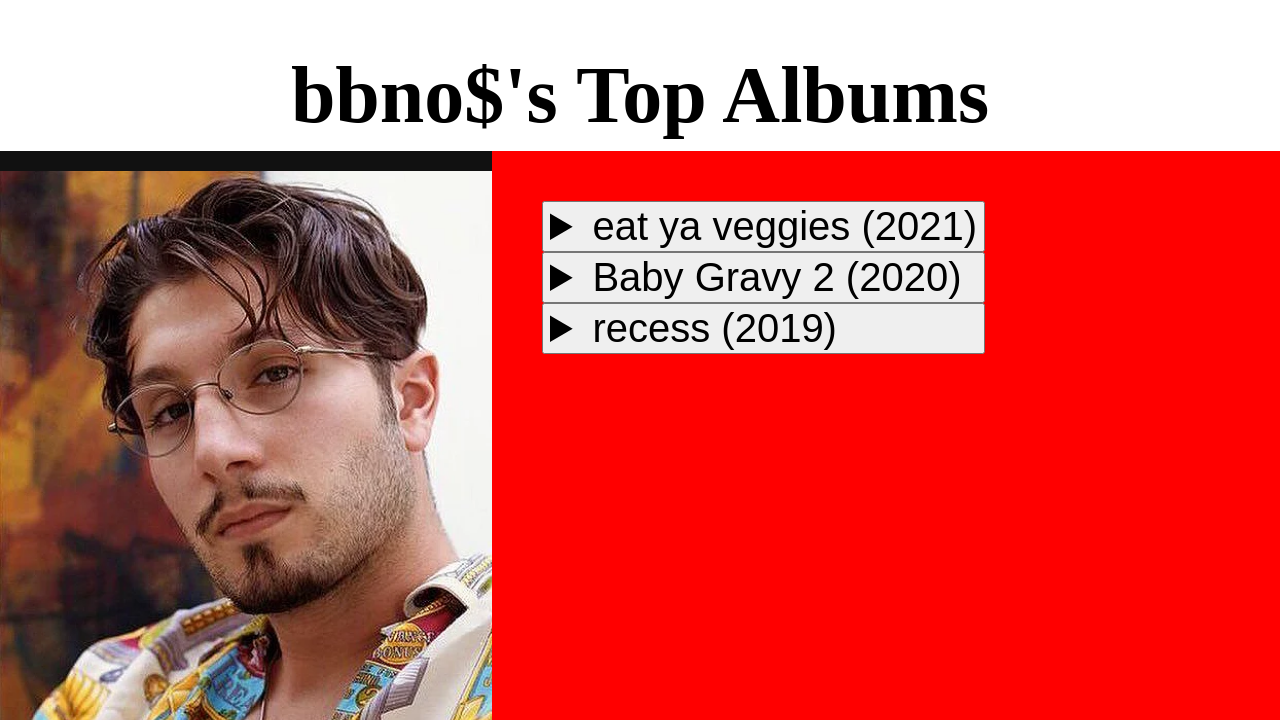
Repository: Jennica1/Lab1
Page: /
These files come from the project's save history. The page is drawn as it stood at one moment and after the next save; the edit follows.
The browser window is 1280 px wide. The pictures show the whole page.
The project was rebuilt for these pictures with package versions that can differ from the ones it lists, and the page was loaded fresh each time. Also part of the build but not shown: vite.config.js.

Above is the page before, as saved 2024-09-09 18:41:49.

After the next save:
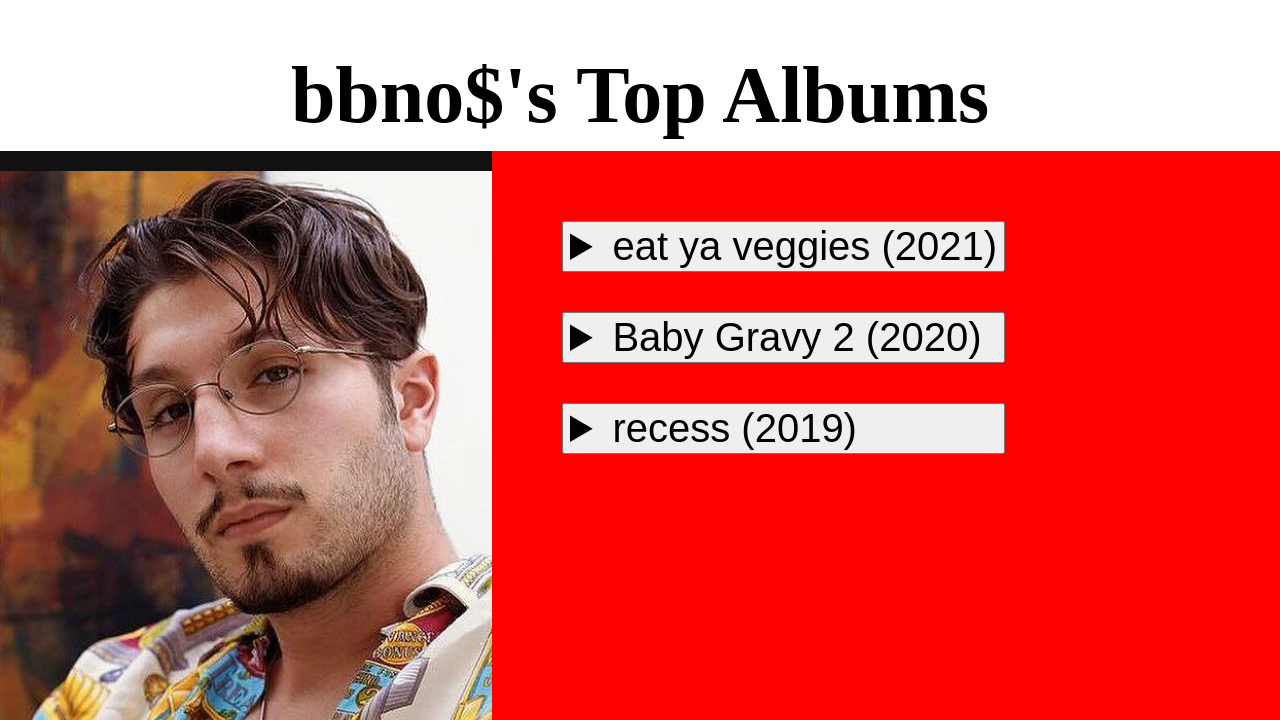
Saved 30 s later.
--- a/src/index.css
+++ b/src/index.css
@@ -2,3 +2,7 @@
     font-size: 40px;
     text-align: left;
 }
+
+button {
+    margin: 20px;
+}
